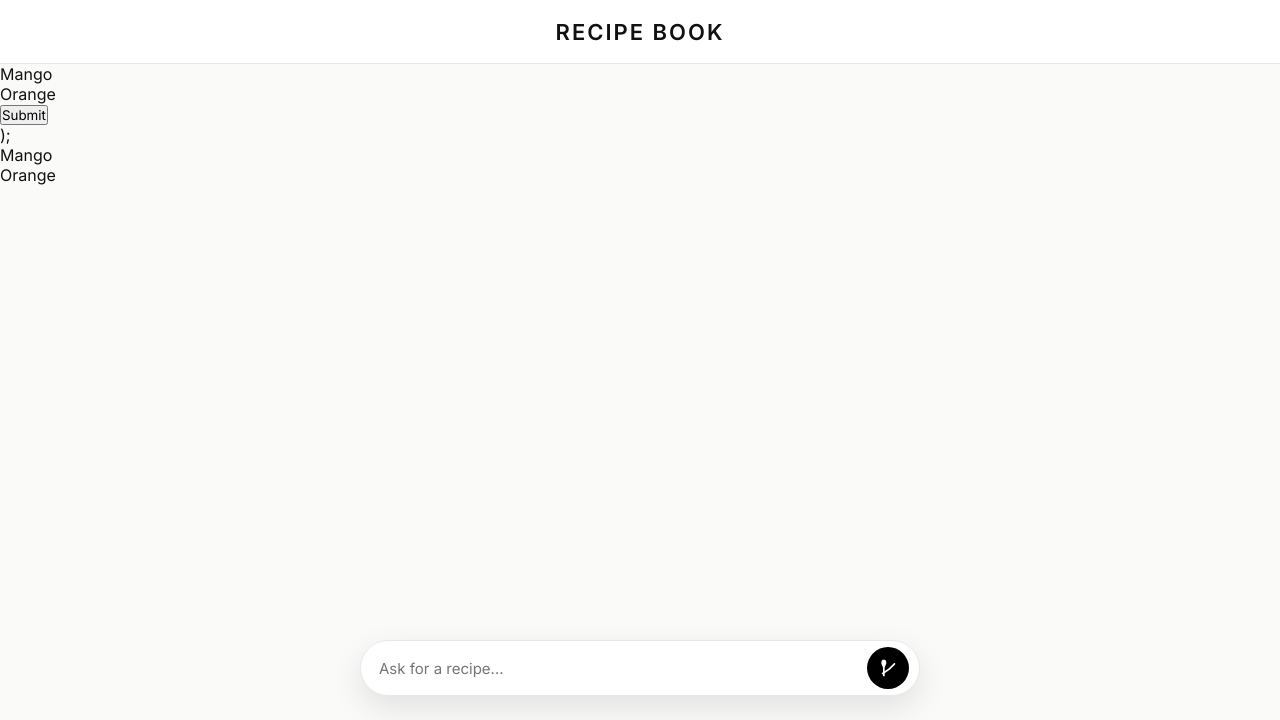
Repository: Tanvir0072309/Recipe-App
Page: /
The author's editor kept a copy of each file at every save. The page is drawn from the files as they stood at one save, then again after the next save.
The browser window is 1280 px wide. The pictures show the whole page.
The project was rebuilt for these pictures with package versions that can differ from the ones it lists, and the page was loaded fresh each time. Also part of the build but not shown: vite.config.js.

Above is the page before, as saved 2026-01-24 15:36:58.

### index.html
<!doctype html>
<html lang="en">
  <head>
    <meta charset="UTF-8" />
    <meta name="viewport" content="width=device-width, initial-scale=1.0" />
    <title>Recipe App</title>
  </head>
  <body>
    <div id="root"></div>
    <script type="module" src="/src/index.jsx"></script>
  </body>
</html>

### src/index.jsx
import React from "react";
import ReactDOM from "react-dom/client";
import { Header } from "./components/header";
import { RecipeInput } from "./components/RecipeInput";
import "./index.css";
import { MyMain } from "./components/main";

const root = ReactDOM.createRoot(document.getElementById("root"));

root.render(
    <React.StrictMode>
        <Header />
        <MyMain />
        <RecipeInput />
    </React.StrictMode>
);

### src/components/header.jsx
import React from "react";
import "../index.css"; // kyunki index.css src me hai

export function Header() {
    return (
        <header className="ai-header">
            <h1 className="app-title">RECIPE BOOK</h1>
        </header>
    );
}

### src/components/RecipeInput.jsx
import { useState } from "react";
import "../index.css";

export function RecipeInput() {
    const [text, setText] = useState("");

    const handleSubmit = () => {
        if (!text.trim()) return;
        console.log("User query:", text);
        setText("");
    };

    const ingrediants = ["Mango", "Orange"];
    const myingrediants = ingrediants.map((ingrediant) => (
        <li key={ingrediant}>{ingrediant}</li>
    ));

    return (
        <>
        <div className="floating-input">
            <input
                type="text"
                placeholder="Ask for a recipe..."
                value={text}
                onChange={(e) => setText(e.target.value)}
            />

            <button onClick={handleSubmit} aria-label="Submit recipe">
                {/* SPOON + FORK CROSS SVG */}
                <svg
                    width="20"
                    height="20"
                    viewBox="0 0 24 24"
                    fill="none"
                    xmlns="http://www.w3.org/2000/svg"
                >
                    <path
                        d="M6 2C5 2 4 4 4 6C4 8 6 10 6 12V22H8V12C8 10 10 8 10 6C10 4 9 2 8 2H6Z"
                        fill="white"
                    />
                    <path
                        d="M14 2C13.5 2 13 2.5 13 3V12L11 22H13L15 12V3C15 2.5 14.5 2 14 2Z"
                        fill="white"
                        transform="rotate(45 12 12)"
                    />
                </svg>
            </button>
        </div>
            );
            <ul>{myingrediants}</ul>
        </>
    );
}

### src/index.css
/* ===== GOOGLE FONT ===== */
@import url("https://fonts.googleapis.com/css2?family=Inter:wght@400;500;600;700&display=swap");

/* ===== RESET ===== */
* {
  margin: 0;
  padding: 0;
  box-sizing: border-box;
  font-family: "Inter", system-ui, sans-serif;
}

/* ===== PAGE ===== */
body {
  background: #fafaf8;
  color: #111111;
  min-height: 100vh;
}

/* ===== HEADER ===== */
.ai-header {
  height: 64px;
  width: 100%;
  background: #ffffff;

  display: flex;
  align-items: center;
  justify-content: center;
  gap: 12px;

  border-bottom: 1px solid #e5e7eb;
}

.logo-icon {
  font-size: 20px;
  opacity: 0.85;
}

.app-title {
  font-size: 22px;
  font-weight: 600;
  letter-spacing: 2px;
  text-transform: uppercase;
}

/* ===== FLOATING INPUT ===== */
.floating-input {
  position: fixed;
  bottom: 24px;
  left: 50%;
  transform: translateX(-50%);

  width: min(92%, 560px);
  height: 56px;

  background: #ffffff;
  border: 1px solid #e5e7eb;
  border-radius: 999px;

  display: flex;
  align-items: center;
  padding: 8px 10px 8px 18px;

  box-shadow: 0 12px 32px rgba(0, 0, 0, 0.1);
}

/* ===== INPUT ===== */
.floating-input input {
  flex: 1;
  border: none;
  outline: none;
  font-size: 15px;
  background: transparent;
  color: #111111;
}

/* ===== BUTTON ===== */
.floating-input button {
  width: 42px;
  height: 42px;
  border-radius: 50%;
  border: none;

  background: #000000;
  color: #ffffff;
  font-size: 18px;

  cursor: pointer;
  display: flex;
  align-items: center;
  justify-content: center;
}

.floating-input button:hover {
  opacity: 0.9;
}

### src/components/main.jsx
export function MyMain() {
    const ingrediants = ["Mango", "Orange"]


    const myingrediants = ingrediants.map(ingrediant => (
        <li>{ingrediant}</li>
    ))


    function handleclick(event) {
        event.preventDefault();
        return(
        <h1>hello</h1>)
    }


    return (
        <>
            <form name="myform">
            <ul>{myingrediants}</ul>
            <button onClick={handleclick}>Submit</button>
            </form>
        </>
    );
}

After the next save:
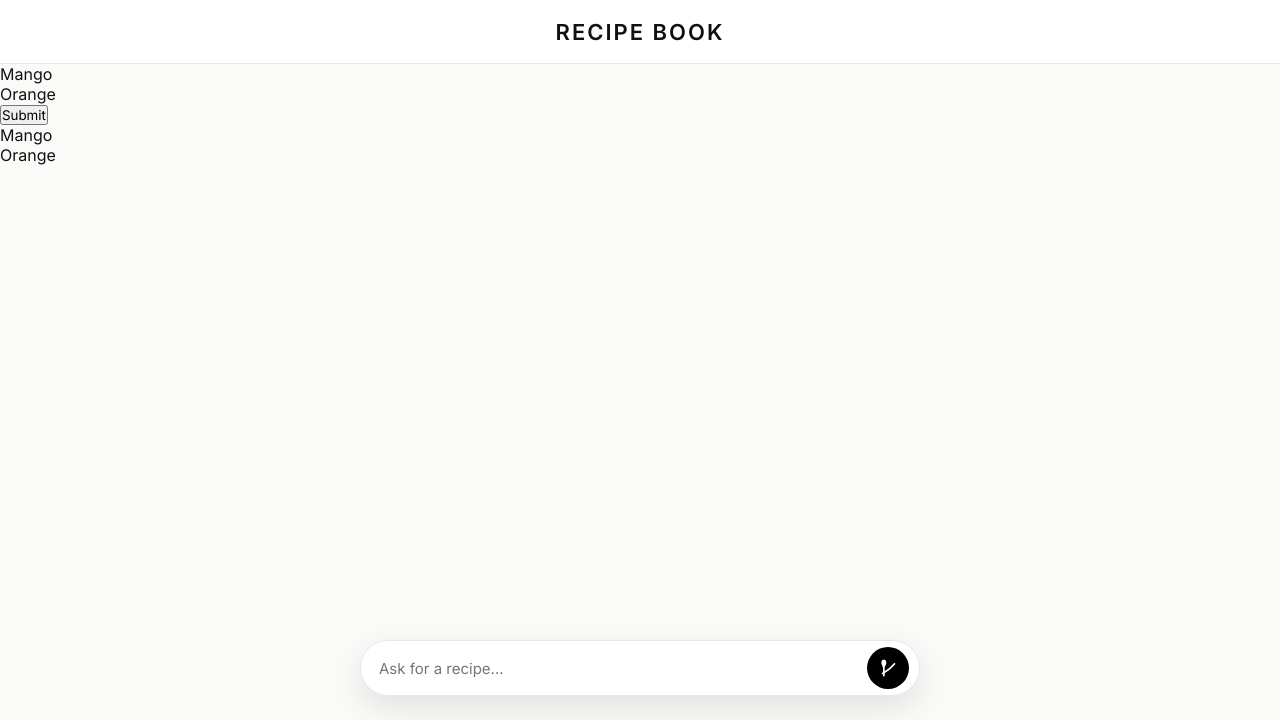
Saved 7 s later.
--- a/src/components/RecipeInput.jsx
+++ b/src/components/RecipeInput.jsx
@@ -46,7 +46,7 @@ export function RecipeInput() {
                 </svg>
             </button>
         </div>
-            );
+
             <ul>{myingrediants}</ul>
         </>
     );
